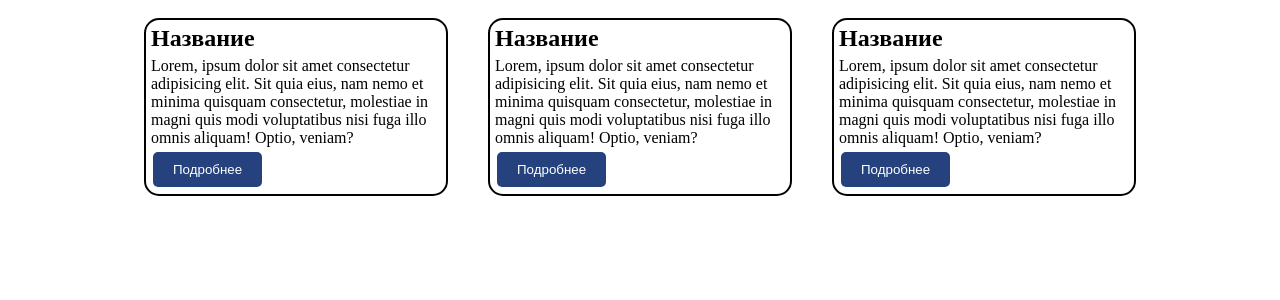
Repository: MaratLK/PLKFrontend
Page: Templates/NewsForIndex.html
An editor plug-in stored every save of this project. The page is shown before and after the next save, followed by the edit.
The browser window is 1280 px wide. The pictures show the whole page.

Above is the page before, as saved 2024-08-25 06:29:45.

After the next save:
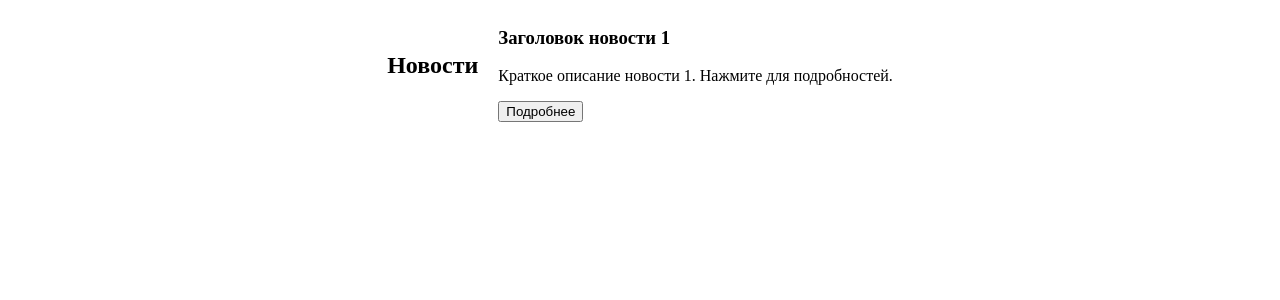
Saved 74 s later.
--- a/Templates/NewsForIndex.html
+++ b/Templates/NewsForIndex.html
@@ -38,34 +38,13 @@
     </style>
   </head>
   <body>
-    <section class="news">
-      <div class="newsblk">
-        <h2>Название</h2>
-        <p>
-          Lorem, ipsum dolor sit amet consectetur adipisicing elit. Sit quia
-          eius, nam nemo et minima quisquam consectetur, molestiae in magni quis
-          modi voluptatibus nisi fuga illo omnis aliquam! Optio, veniam?
-        </p>
-        <button>Подробнее</button>
-      </div>
-      <div class="newsblk">
-        <h2>Название</h2>
-        <p>
-          Lorem, ipsum dolor sit amet consectetur adipisicing elit. Sit quia
-          eius, nam nemo et minima quisquam consectetur, molestiae in magni quis
-          modi voluptatibus nisi fuga illo omnis aliquam! Optio, veniam?
-        </p>
-        <button>Подробнее</button>
-      </div>
-      <div class="newsblk">
-        <h2>Название</h2>
-        <p>
-          Lorem, ipsum dolor sit amet consectetur adipisicing elit. Sit quia
-          eius, nam nemo et minima quisquam consectetur, molestiae in magni quis
-          modi voluptatibus nisi fuga illo omnis aliquam! Optio, veniam?
-        </p>
-        <button>Подробнее</button>
-      </div>
-    </section>
+    <section id="news" class="news">
+        <h2>Новости</h2>
+        <div class="news-container">
+            <div class="news-card">
+                <h3>Заголовок новости 1</h3>
+                <p>Краткое описание новости 1. Нажмите для подробностей.</p>
+                <button class="open-modal" data-news="news1">Подробнее</button>
+            </div>
   </body>
 </html>
